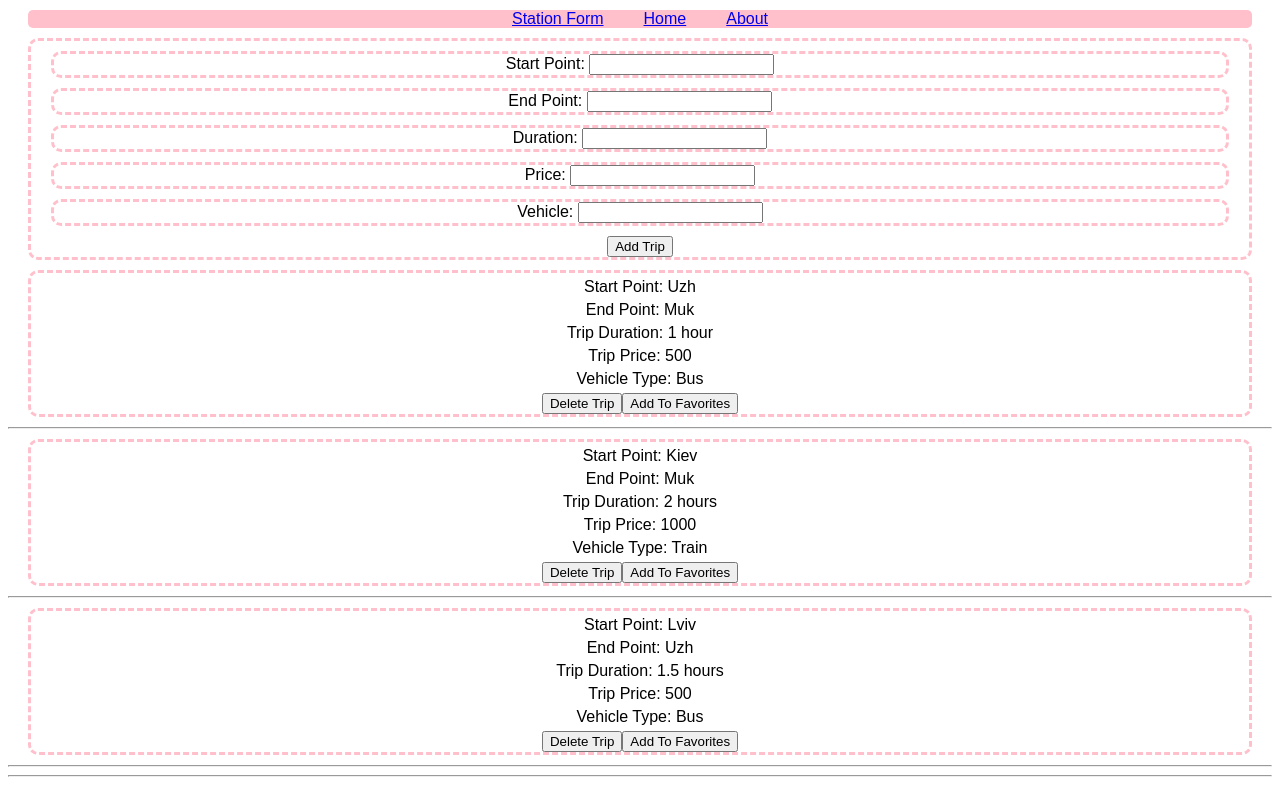
Repository: rutsguifd/mkr2
Page: /#/station-form
The author's editor kept a copy of each file at every save. The page is drawn from the files as they stood at one save, then again after the next save.
The browser window is 1280 px wide. The pictures show the whole page.
The project was rebuilt for these pictures with package versions that can differ from the ones it lists, and the page was loaded fresh each time. Also part of the build but not shown: src/views/Home.vue, src/views/About.vue, src/components/FavoriteTrips.vue.

Above is the page before, as saved 2021-12-21 23:22:40.

After the next save:
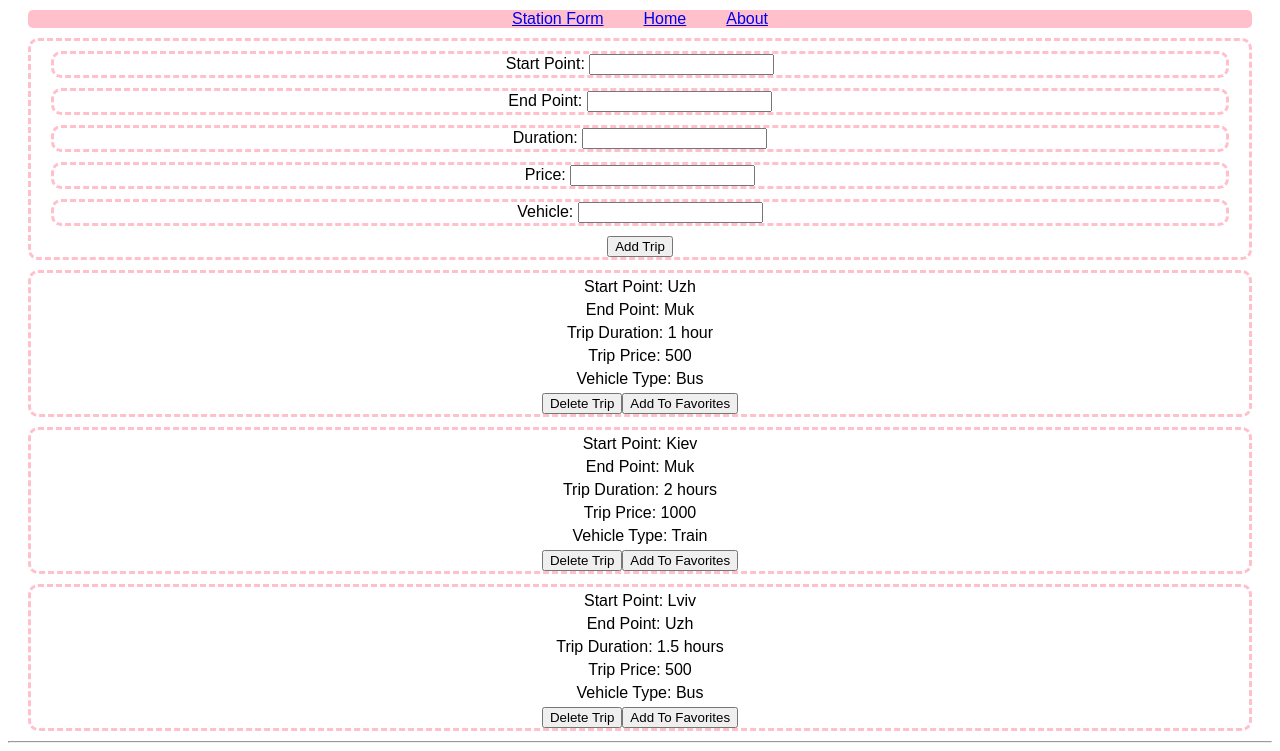
Saved 15 s later.
--- a/src/components/TripCard.vue
+++ b/src/components/TripCard.vue
@@ -9,7 +9,6 @@
       <button @click="del(ind)">Delete Trip</button>
       <button @click="favorite">Add To Favorites</button>
     </div>
-    <hr>
   </div>
 </template>
 
